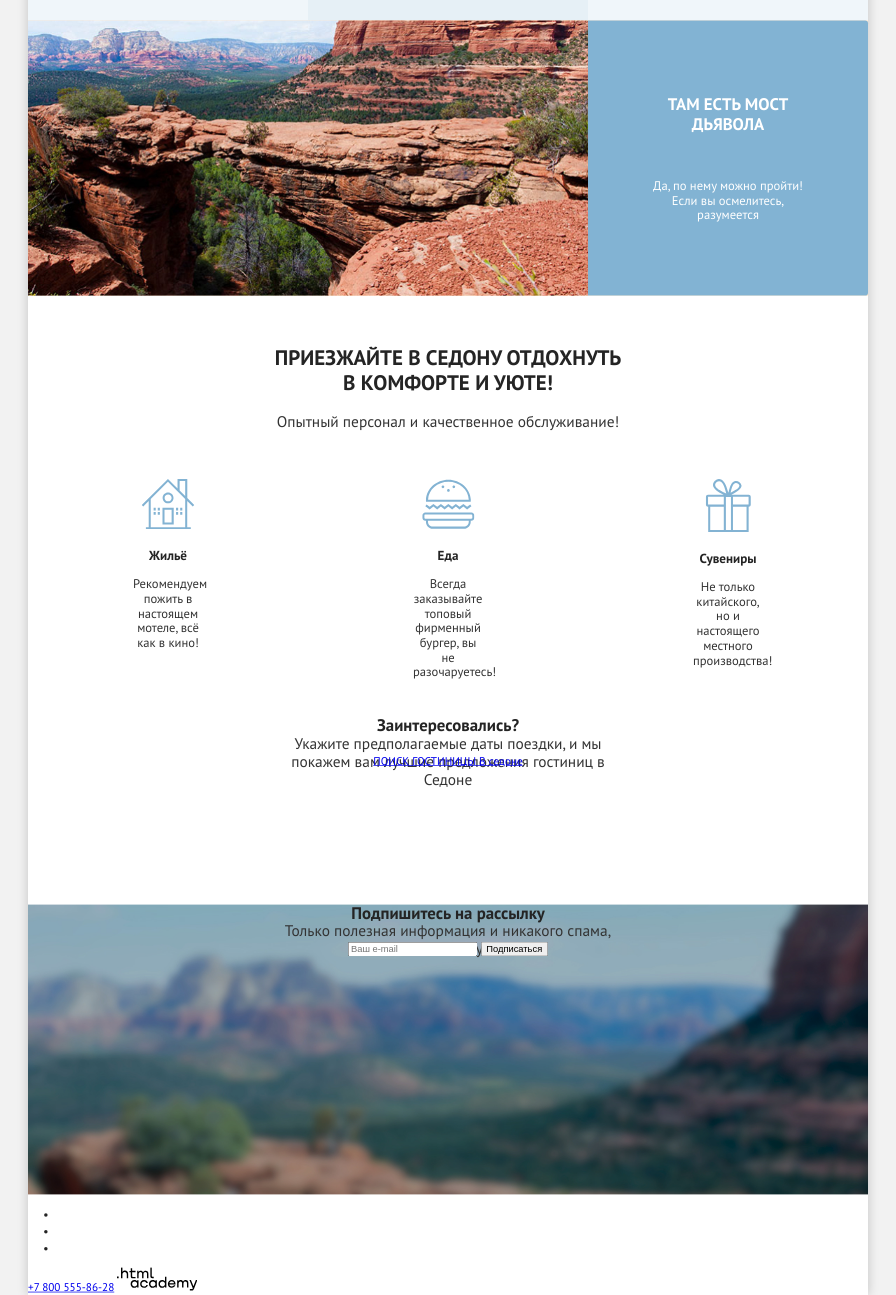
Repository: zakhgagne/2512253-sedona-1
Page: index.html
An editor plug-in stored every save of this project. The page is shown before and after the next save, followed by the edit.
The browser window is 1280 px wide. The pictures show the part of the page from y = 1566 to 3486 px (the page is 3416 px tall before and 3486 px after), at 70% of full size.

Above is the page before, as saved 2024-05-11 16:29:02.

After the next save:
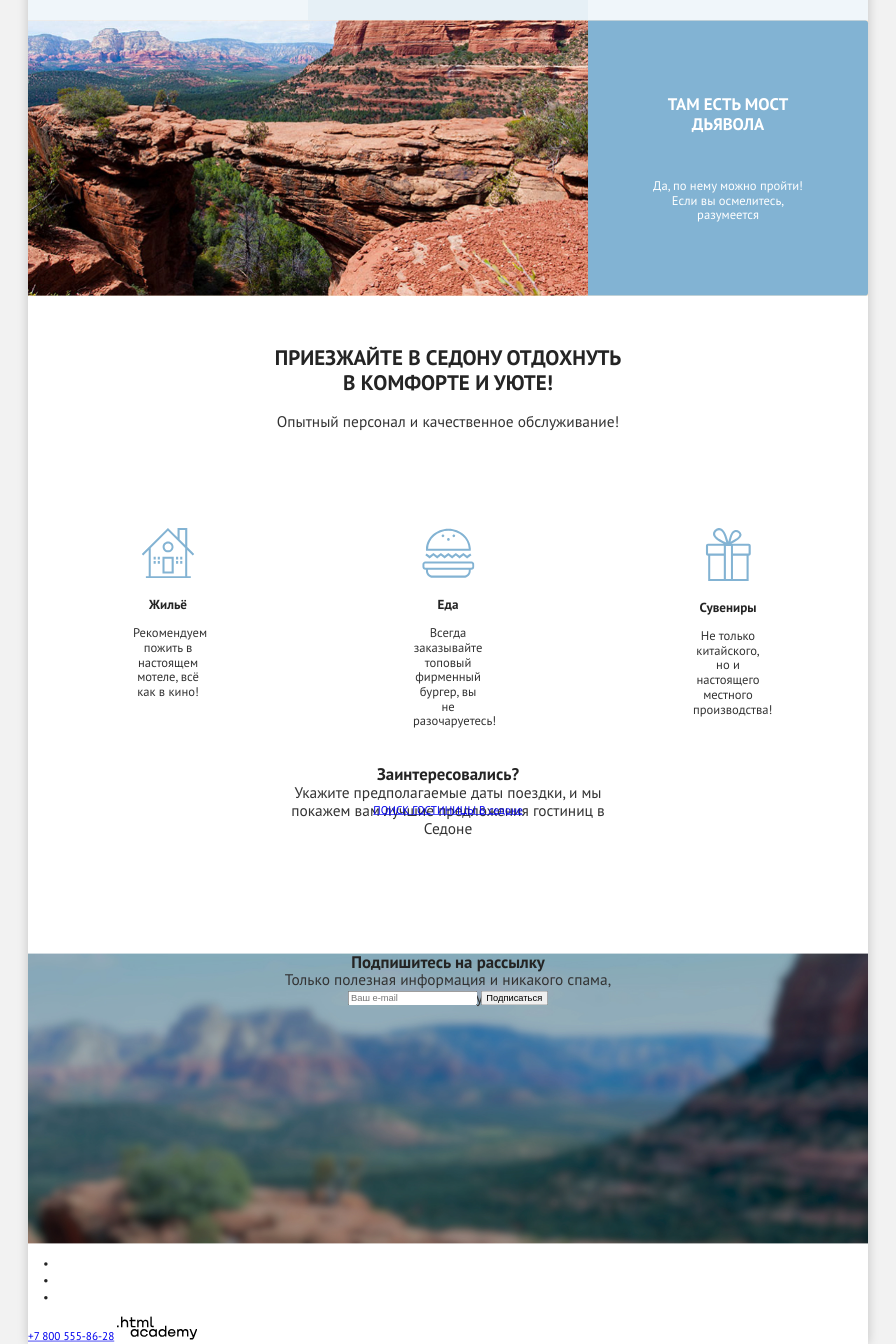
Saved 2 min 0 s later.
--- a/styles/styles.css
+++ b/styles/styles.css
@@ -262,7 +262,7 @@ body {
 .container-city-welcome {
 
   text-align: center;
-    padding-top: 70px;
+    padding-top: 140px;
 }
 .comfort-text {
 /* Texts/Text blocks */
